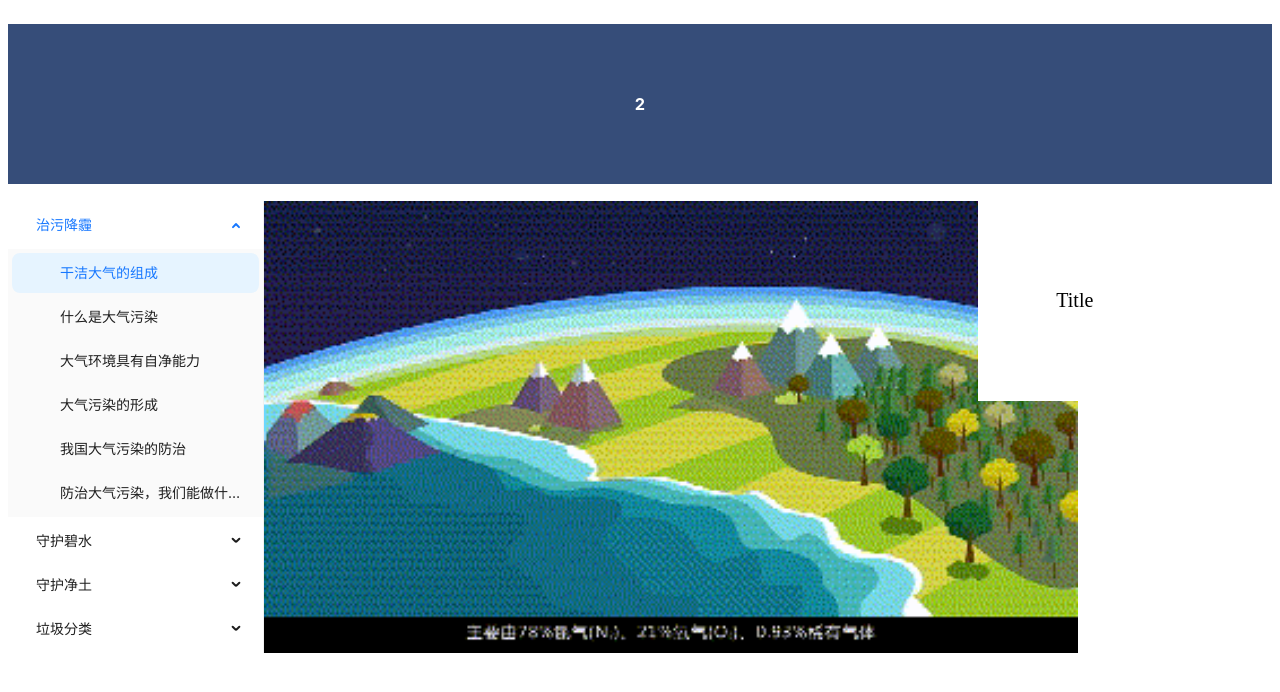
Repository: samllbin/summerWeb
Page: /
An editor plug-in stored every save of this project. The page is shown before and after the next save, followed by the edit.
The browser window is 1280 px wide. The pictures show the whole page.
The project was rebuilt for these pictures with package versions that can differ from the ones it lists, and the page was loaded fresh each time. Also part of the build but not shown: vite.config.js, components/menu/config.js, components/content/index.module.css, components/content/index.jsx.

Above is the page before, as saved 2024-07-22 15:37:11.

### src/App.jsx
import React, { useState } from "react";
import style from "./assets/index.module.css";
import Carousel from "@components/carousel/index";
import MenuTab from "@components/menu/MenuTab";
import Content from "@components/content";
import Article from "@components/article";

export default function App() {
  const [current, setCurrent] = useState("1");
  return (
    <div>
      <Carousel />
      <div className={style.layout}>
        <MenuTab setCurrent={setCurrent} current={current} />
        {/* <Content /> */}
        <Article type={"all"} />
      </div>
    </div>
  );
}

### src/assets/index.module.css
.layout {
  display: flex;
}

### components/carousel/index.jsx
import React from "react";
import { Carousel } from "antd";
import style from "./index.module.css";

export default function carousel() {
  return (
    <Carousel autoplay>
      <div>
        <h3 className={style.contentStyle}>1</h3>
      </div>
      <div>
        <h3 className={style.contentStyle}>2</h3>
      </div>
      <div>
        <h3 className={style.contentStyle}>3</h3>
      </div>
      <div>
        <h3 className={style.contentStyle}>4</h3>
      </div>
    </Carousel>
  );
}

### components/menu/MenuTab.jsx
import React from "react";
import { Menu } from "antd";
import { useState } from "react";
import { config } from "./config";

export default function MenuTab({ current, setCurrent }) {
  const onClick = (e) => {
    console.log("click ", e);
    setCurrent(e.key);
  };
  return (
    <div>
      <Menu
        onClick={onClick}
        style={{ width: 256 }}
        defaultOpenKeys={["sub1"]}
        selectedKeys={[current]}
        mode="inline"
        items={config}
      />
    </div>
  );
}

### components/article/index.jsx
import React from "react";
import style from "./index.module.css";

export default function Article({ type, imgURL }) {
  return (
    <div className={style.layout}>
      {type === "all" ? (
        <div className={style.allLayout}>
          <img
            src="../../public/大气组成.png"
            alt="article"
            className={style.allImage}
          />
          <div className={style.allTitle}>Title</div>
        </div>
      ) : (
        // 这里可以添加当 type 不为 "all" 时你想渲染的内容
        <p>显示特定类型的文章</p>
      )}
    </div>
  );
}

### components/carousel/index.module.css
.contentStyle {
  height: 160px;
  color: #fff;
  line-height: 160px;
  text-align: center;
  background: #364d79;
}

### components/article/index.module.css
.layout {
  display: flex;
  width: 100%;
}
.allLayout {
  display: flex;
  width: 100%;
}
.allImage {
  width: 100%;
}

.allTitle {
  display: flex;
  align-items: center;
  justify-content: center;
  position: relative;
  left: -100px;
  background-color: #fff;
  width: 300px;
  height: 200px;
  font-size: 20px;
  font-weight: 500;
}

Loaded but not shown: index.html (common file); src/main.jsx (common file)

After the next save:
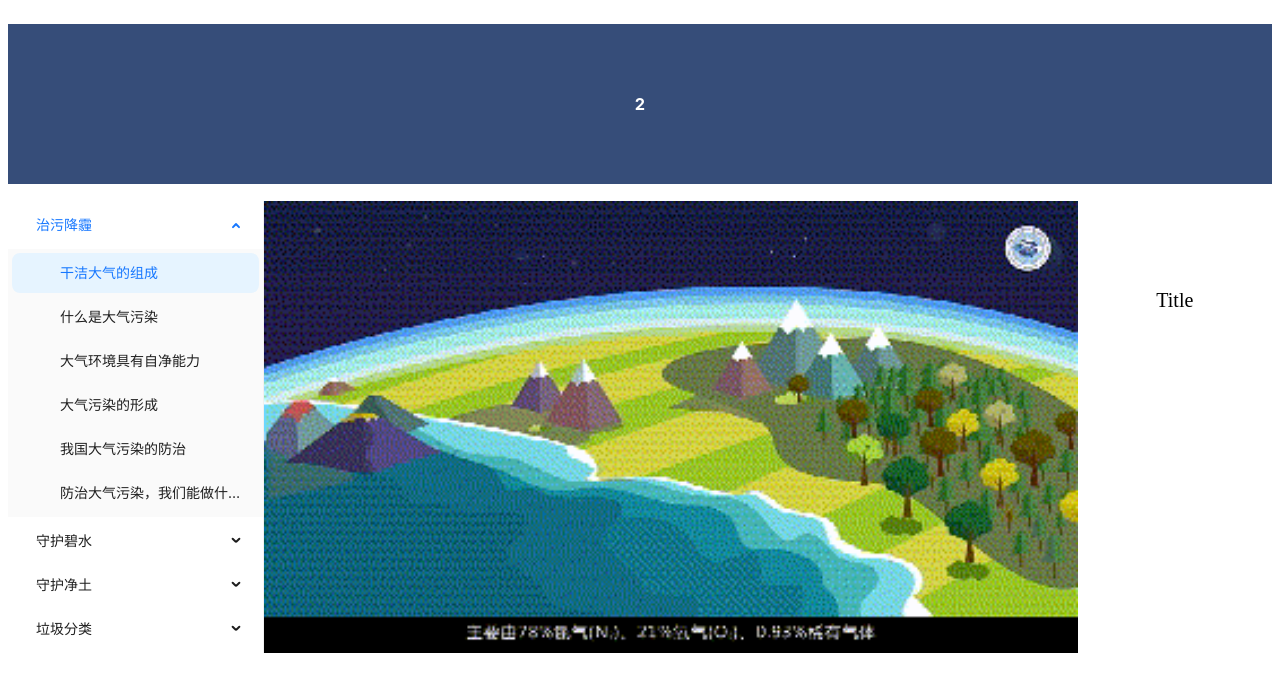
Saved 14 s later.
--- a/components/article/index.module.css
+++ b/components/article/index.module.css
@@ -15,7 +15,6 @@
   align-items: center;
   justify-content: center;
   position: relative;
-  left: -100px;
   background-color: #fff;
   width: 300px;
   height: 200px;
